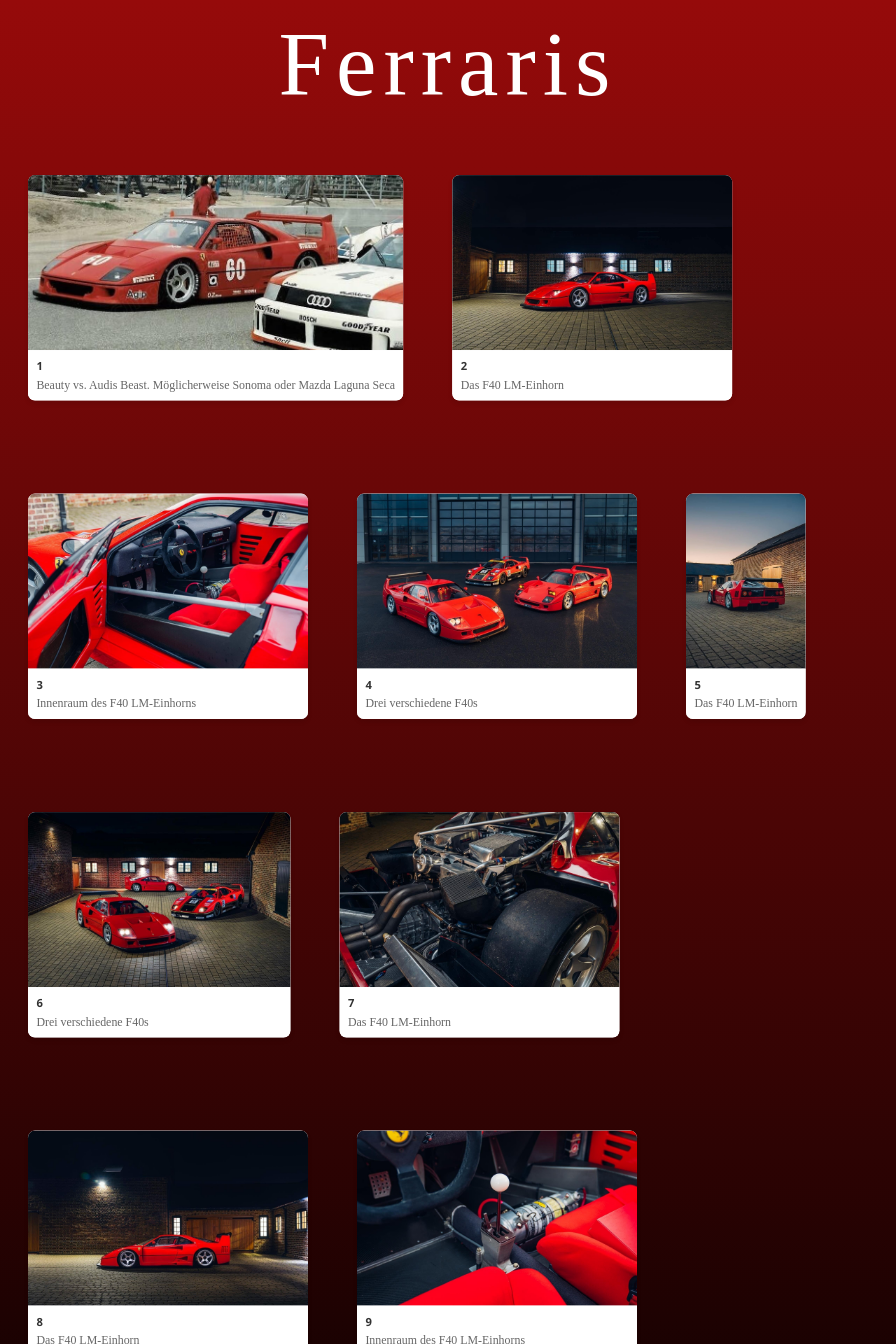
Repository: Johannes-Harald/martini-racing-fanclub
Page: /
These files come from the project's save history. The page is drawn as it stood at one moment and after the next save; the edit follows.
The browser window is 1280 px wide. The pictures show the part of the page from y = 1833 to 3753 px (the page is 9148 px tall before and 7838 px after), at 70% of full size.
Some web fonts or font styles are not loaded; a fallback is used. The project was rebuilt for these pictures with package versions that can differ from the ones it lists, and the page was loaded fresh each time. Also part of the build but not shown: vite.config.js, src/components/Lightbox/Lightbox.css, src/components/Lightbox/Lightbox.jsx, src/components/TitleCards/TitleCards.jsx, src/pages/Videos/Videos.css, src/pages/Videos/Videos.jsx.

Above is the page before, as saved 2024-10-13 10:39:16.

### index.html
<!doctype html>
<html lang="en">
  <head>
    <meta charset="UTF-8" />
    <link rel="icon" type="image/svg+xml" href="/src/assets/logo-martinid.png" style="filter: brightness(3.5); height: 2px; width: 1px;"/>
    <meta name="viewport" content="width=device-width, initial-scale=1.0" />
    <title>Martini Racing Fanclub</title>
  </head>
  <body>
    <div id="root"></div>
    <script type="module" src="/src/main.jsx"></script>
  </body>
</html>
<!--
<!doctype html>
<html lang="en">
  <head>
    <meta charset="UTF-8" />
    <link rel="icon" type="image/svg+xml" href="/src/assets/logo-martinid.png" style="filter: brightness(3.5); height: 2px; width: 1px;"/>
    <meta name="viewport" content="width=device-width, initial-scale=1.0" />
    <title>Martini Racing Fanclub</title>
  </head>
  <body>
    <div id="root"></div>
    <script type="module" src="/src/main.jsx"></script>
  </body>
</html>
-->

### src/App.jsx
import React from 'react';
import { BrowserRouter as Router, Route, Routes } from 'react-router-dom';
import Home from './pages/Home/Home';
import Videos from './pages/Videos/Videos';

function App() {
  //const navigate = useNavigate();
  //const location = useLocation();



  {/*const scrollToTitleCards = () => {
    // Assuming you have a reference to your TitleCards section
    const titleCardsSection = document.getElementById('rallyeautos'); // Adjust this ID as needed
    if (titleCardsSection) {
      titleCardsSection.scrollIntoView({ behavior: 'smooth' });
    }
  };

  const scrollToTitleCards = () => {
    if (location.pathname === '/') {
      rallyefahrzeugeRef.current.scrollIntoView({ behavior: 'smooth' });
    } else {
      // If you're on another page, navigate to the home page first
      navigate('/');
      // After navigating, wait for the page to load and then scroll to rallyefahrzeugeRef
      setTimeout(() => {
        rallyefahrzeugeRef.current.scrollIntoView({ behavior: 'smooth' });
      }, 500); // Use a timeout to ensure the page is fully rendered before scrolling
    }
  };
  <Route path="/Home" element={<Navbar scrollToTop={scrollToTop} scrollToTitleCards={scrollToTitleCards}/>} />
  */}

  return (
    <Router>
      <div className="App">
        <Routes>
          <Route path="/" element={<Home />} />
          <Route path="/videos" element={<Videos />} />
        </Routes>
      </div>
    </Router>
  );
}

export default App;

### src/index.css
* {
  margin: 0;
  padding: 0;
  box-sizing: border-box;
}

body {
  background: black;
  font-family: 'Segoe UI', Tahoma, Geneva, Verdana, sans-serif;
}

### src/pages/Home/Home.css
.hero {
    position: relative;
}

.component {
    transition: opacity 0.5s ease, transform 0.5s ease;
    opacity: 0;
    transform: translateY(20px);
    pointer-events: none; /* Disable interaction when hidden */
  }

  .component.active {
    opacity: 1;
    transform: translateY(0);
    pointer-events: all; /* Enable interaction when visible */
  }

.img-cover {
    background-image: linear-gradient(180deg, rgba (0,0,0,0.7) 10%, transparent);
    z-index: 1;
    transition: background-color 0.3s, color 0.3s;
  }

.banner-width {
    width: 100%;
    mask-image: linear-gradient(to right, transparent, black 75%);
    -weblit-mask-image: linear-gradient(to right, transparent, black 75%);
}

.banner-img {
    width: 100%;
    display: flex;
    filter: brightness(1.2);
}

.hero-caption {
    position: absolute;
    width: 100%;
    padding-left: 6%;
    bottom: 0;
}

.caption-img {
    width: 100%;
    height: 370px;
    max-width: 510px;
    margin-bottom: 60px;
    filter: brightness(1.3);
}

.hero-caption p{
    max-width: 700px;
    font-size: 17px;
    margin-bottom: 20px;
}

.hero-btns {
    display: flex;
    gap: 10px;
    margin-bottom: 50px;
}

.hero-btns .btn img{
    width: 25px;
}

.hero-btns .btn {
    border: 0;
    outline: 0;
    padding: 8px 20px;
    display: inline-flex;
    align-items: center;
    gap: 10px;
    font-size: 15px;
    font-weight: 600;
    background: white;
    border-radius: 4px;
    cursor: pointer;
}

.hero-btns .btn.dark-btn{
    color: #fff;
    background: #6d6d6eb3;
}

.hero-btns .btn:hover{
    background: #ffffffbf;
}

.hero-btns .btn.dark-btn:hover{
    background: #6d6d6e66 ;
}


@media (max-width: 1024px) {
  .hero-caption .title-cards {
      display: none;
  }
  .hero-btns {
      margin-bottom: 30px;
  }
  .hero-caption p {
      font-size: 15px;
      max-width: 600px;
  }
}

/* Large mobile screens */
@media (max-width: 800px) {
  .hero-caption {
      padding-left: 4%;
  }
  .caption-img {
      margin-bottom: 10px;
      width: 40%;
  }
  .hero-caption p {
      font-size: 12px;
      margin-bottom: 10px;
  }
  .hero-btns .btn img {
      width: 20px;
  }
  .hero-btns .btn {
      padding: 6px 15px;
      font-size: 13px;
  }
}

/* Small mobile screens */
@media (max-width: 500px) {
  .banner-img {
    padding-top: 191px;
    width: 150%;
    filter: brightness(1.2);
    max-width: 100%;
    overflow: hidden;
    /*     text-align: left; */
  }

  .home .img-cover {
    background-size: cover; /* Ensure the image covers the entire area */
    background-position: center;
  }
  .caption-img {
    margin-bottom: 360px;
    height: 110px;
    width: 170px;
  }
  .hero-caption p {
      font-size: 11px;
  }
  .hero-btns img {
      width: 15px;
  }
  .hero-btns .btn {
      padding: 4px 10px;
      gap: 5px;
      font-size: 10px;
  }
  .component {
      margin-top: 15px;
  }
  .banner-img {
      height: auto;
  }
}

### src/components/Navbar/Navbar.jsx
import React, { useEffect, useRef, useState } from 'react';
import { Link, useNavigate, useLocation } from 'react-router-dom';
import './Navbar.css';
import logo from '../../assets/logo.png';
import search_icon from '../../assets/search_icon.svg';
import profile_icon from '../../assets/profile_img.webp';
import caret_icon from '../../assets/caret_icon.svg';
import lightModeSearch from '../../assets/search_icon_dark.png';

const Navbar = ({ scrollToRallyefahrzeuge, rallyefahrzeugeRef, scrollTo }) => {
  const navigate = useNavigate();
  const location = useLocation();
  const navRef = useRef(null);
  const [navigateToRallye, setNavigateToRallye] = useState(false);
  const [darkMode, setDarkMode] = useState(() => {
    return localStorage.getItem('darkMode') === 'true';
  });

/*  const handleScrollToRallyefahrzeuge = () => {
    if (location.pathname !== "/") {
      setNavigateToRallye(true); // Set flag to indicate we want to scroll after navigation
      navigate("/"); // Navigate to home
    }
  };

/*  useEffect(() => {
    if (navigateToRallye && location.pathname === "/") {
      setTimeout(() => {
        if (rallyefahrzeugeRef.current) {
          console.log("Ref found, scrolling...");
          rallyefahrzeugeRef.current.scrollIntoView({ behavior: 'smooth' });
        } else {
          console.log("Ref not found");
        }
      }, 100); // Add delay to allow for navigation to complete
      setNavigateToRallye(false); // Reset flag
    }
  }, [navigateToRallye, location.pathname, rallyefahrzeugeRef]);*/

  const toggleDarkMode = () => {
    setDarkMode(prev => {
      const newDarkMode = !prev;
      document.body.classList.toggle('dark-mode', newDarkMode);
      localStorage.setItem('darkMode', newDarkMode);
      return newDarkMode;
    });
  };

  return (
    <div ref={navRef} className={`navbar ${darkMode ? 'dark-mode' : 'light-mode'}`}>
      <div className="navbar-left">
        <img src={logo} alt="Logo" className='logo-img' />
        <ul>
          <li onClick={scrollTo}><Link to="/" className="link-style">Startseite</Link></li>
          <li><Link to="/videos" className="link-style">Videos</Link></li>
          <li onClick={scrollToRallyefahrzeuge}><Link to="/" className="link-style">Fahrzeuge</Link></li>
        </ul>
      </div>

      <div className="navbar-right">
        <p>Nutzer</p>

        {/* Dark Mode Toggle Button */}
        <button onClick={toggleDarkMode} className='dark-mode-btn'>
          {darkMode ? 'Hell' : 'Dunkel'}
        </button>

        <div className='navbar-profile'>
          <img src={profile_icon} alt="Profile" className='profile' />
          <img src={caret_icon} alt="Caret" />
          <div className='dropdown'>
            <p>Abmelden</p>
          </div>
        </div>
      </div>
    </div>
  );
};

export default Navbar;

### src/components/TitleCards/Rallyefahrzeuge.jsx
import React, { useState } from 'react';
import './Rallyefahrzeuge.css';
import img3 from '../../assets/cards/img3.jpg';
import img4 from '../../assets/cards/img4.jpg';
import img5 from '../../assets/cards/img5.webp';
import img6 from '../../assets/cards/img6.jpg';
import Lightbox from '../Lightbox/Lightbox';

const Rallyefahrzeuge = React.forwardRef((props, ref) => {
  const [lightboxOpen, setLightboxOpen] = useState(false); // State to control lightbox visibility
  const [selectedImageIndex, setSelectedImageIndex] = useState(0); // Track the selected image

  const cardData = [
    { image: img3, title: '1', description: 'Kimera 037' },
    { image: img4, title: '2', description: 'Kimera 037' },
    { image: img5, title: '3', description: 'Kimera 037' },
    { image: img6, title: '4', description: 'Innenraum des Kimera 037' }
  ];

  const handleImageClick = (index) => {
    setSelectedImageIndex(index); // Set the index of the clicked image
    setLightboxOpen(true); // Open the lightbox LOOK HERE INCASE! >>>> ref={rallyefahrzeugeRef}
  };

  return (
    <div className="rallyefahrzeuge">
      <div className="rallyeautos">
        <h2>Rallyefahrzeuge</h2>
      </div>
      <div className="rallye-card-list">
        {cardData.map((card, index) => (
          <div key={index} className="rallye-title-cards" onClick={() => handleImageClick(index)}>
            <img src={card.image} alt={card.title} className="rallye-title-cards-img" />
            <div className="rallye-title-cards-info">
              <h3>{card.title}</h3>
              <p>{card.description}</p>
            </div>
          </div>
        ))}
      </div>

      {/* Conditionally render the Lightbox when open */}
      {lightboxOpen && (
        <Lightbox
          images={cardData.map((card) => ({ src: card.image, alt: card.title }))} // Pass the images to the Lightbox
          initialIndex={selectedImageIndex} // Start with the clicked image
          onClose={() => setLightboxOpen(false)} // Close the lightbox
        />
      )}
    </div>
  );
});

export default Rallyefahrzeuge;

### src/components/TitleCards/PrototypRennwagen.jsx
import React, { useState } from 'react';
import './Rallyefahrzeuge.css';
import img1 from '../../assets/cards/img1.png';
import img7 from '../../assets/cards/img7.jpg';
import img8 from '../../assets/cards/img8.jpg';
import img9 from '../../assets/cards/img9.jpg';
import lcmonza from '../../assets/cards/lcmonza.jpg';
import lcparmalat from '../../assets/cards/lcparmalat.jpg';
import Lightbox from '../Lightbox/Lightbox'; // Import the Lightbox component

const PrototypRennwagen = React.forwardRef((props, ref) => {
  const [lightboxOpen, setLightboxOpen] = useState(false); // State to control lightbox visibility
  const [selectedImageIndex, setSelectedImageIndex] = useState(0); // Track the selected image

  const cardData = [
    { image: img1, title: '1', description: 'LC1 auf der Nordschleife' },
    { image: img7, title: '2', description: 'LC1 auf der Nordschleife' },
    { image: img8, title: '3', description: 'LC1 bei Le Mans' },
    { image: img9, title: '4', description: 'LC1' },
    { image: lcmonza, title: '5', description: 'LC1 bei Le Mans' },
    { image: lcparmalat, title: '6', description: 'LC1' }
  ];

  const handleImageClick = (index) => {
    setSelectedImageIndex(index); // Set the index of the clicked image
    setLightboxOpen(true); // Open the lightbox
  };

  return (
    <div className="rallyefahrzeuge" ref={ref}>
      <div className="rallyeautos">
        <h2>Prototyp-Rennwagen</h2>
      </div>
        <div className="rallye-card-list" >
      {cardData.map((card, index) => (
        <div key={index} className="rallye-title-cards" onClick={() => handleImageClick(index)}>
          <img src={card.image} alt={card.title} className="rallye-title-cards-img" />
          <div className="rallye-title-cards-info">
            <h3>{card.title}</h3>
            <p>{card.description}</p>
          </div>
        </div>
      ))}
    </div>

      {/* Conditionally render the Lightbox when open */}
          {lightboxOpen && (
        <Lightbox
          images={cardData.map((card) => ({ src: card.image, alt: card.title }))} // Pass the images to the Lightbox
          initialIndex={selectedImageIndex} // Start with the clicked image
          onClose={() => setLightboxOpen(false)} // Close the lightbox
        />
      )}
    </div>
  );
});

export default PrototypRennwagen;

### src/components/TitleCards/Tourenwagen.jsx
import React, { useState } from 'react';
import './Rallyefahrzeuge.css';
 import img2 from '../../assets/cards/img2.jpg';
import img10 from '../../assets/cards/img10.jpg';
import img11 from '../../assets/cards/img11.jpg';
import img12 from '../../assets/cards/img12.jpg';
import img37 from '../../assets/cards/img37.jpg';
import img38 from '../../assets/cards/img38.jpeg';
import Lightbox from '../Lightbox/Lightbox';

const Tourenwagen = React.forwardRef((props, ref) => {
  const [lightboxOpen, setLightboxOpen] = useState(false); // State to control lightbox visibility
  const [selectedImageIndex, setSelectedImageIndex] = useState(0); // Track the selected image

  const cardData = [
    { image: img2, title: '1', description: 'Porsche 935' },
    { image: img10, title: '2', description: 'Beta Montecarlo Turbo' },
    { image: img11, title: '3', description: 'Beta Montecarlo Turbo' },
    { image: img12, title: '4', description: 'Beta Montecarlo Turbo' },
    { image: img37, title: '5', description: 'Beta Montecarlo Turbo' },
    { image: img38, title: '6', description: 'Beta Montecarlo Turbo' }
  ];

  const handleImageClick = (index) => {
    setSelectedImageIndex(index); // Set the index of the clicked image
    setLightboxOpen(true); // Open the lightbox
  };

  return (
    <div className="rallyefahrzeuge" ref={ref}>
      <div className="rallyeautos">
        <h2>Tourenwagen</h2>
      </div>
    <div className="rallye-card-list">
      {cardData.map((card, index) => (
        <div key={index} className="rallye-title-cards" onClick={() => handleImageClick(index)}>
          <img src={card.image} alt={card.title} className="rallye-title-cards-img" />
          <div className="rallye-title-cards-info">
            <h3>{card.title}</h3>
            <p>{card.description}</p>
          </div>
        </div>
      ))}
    </div>

      {/* Conditionally render the Lightbox when open */}
      {lightboxOpen && (
        <Lightbox
          images={cardData.map((card) => ({ src: card.image, alt: card.title }))} // Pass the images to the Lightbox
          initialIndex={selectedImageIndex} // Start with the clicked image
          onClose={() => setLightboxOpen(false)} // Close the lightbox
        />
      )}
    </div>
  );
});

export default Tourenwagen;

### src/components/Footer/Footer.jsx
import React from 'react'
import './Footer.css'
import youtube_icon from '../../assets/youtube_icon.png'
import twitter_icon from '../../assets/twitter_icon.png'
import instagram_icon from '../../assets/instagram_icon.png'
import facebook_icon from '../../assets/facebook_icon.png'

const Footer = () => {
  return (
    <div className='footer'>
      <div className='footer-icons'>
        <img src={youtube_icon} alt="" />
        <img src={twitter_icon} alt="" />
        <img src={instagram_icon} alt="" />
        <img src={facebook_icon} alt="" />
      </div>
      <ul>
        <li>Auto-Fanclub</li>
        <li>Hilfezentrum</li>
        <li>Foren</li>
        <li>Medienzentrum</li>
        <li>Investorenbeziehungen</li>
        <li>Jobs</li>
        <li>Nutzungsbediengungen</li>
        <li>Datenschutz</li>
        <li>Rechtliche Hinweise</li>
        <li>Cookie-Einstellungen</li>
        <li>Unternehmensinformationen</li>
        <li>Kontakt</li>
      </ul>
      <p className='copyright'>© 1968-2023 Martini-Racing.</p>
    </div>
  )
}

export default Footer

### src/components/TitleCards/Rallyefahrzeuge.css
@import url('https://fonts.googleapis.com/css2?family=Bona+Nova+SC:ital,wght@0,400;0,700;1,400&family=Open+Sans&display=swap');

* {
  margin: 0;
  padding: 0;
  box-sizing: border-box;
}

.rallye-card-list {
  display: flex;
  flex-flow: row wrap;
  align-items: flex-start;
  /*flex-wrap: wrap;
  justify-content: space-between;*/
  gap: 70px;
  padding: 20px;
}

.rallyefahrzeuge {
  padding: 20px;
  background: linear-gradient(to bottom, rgb(30, 28, 140) 0%, rgba(0, 0, 0, 0) 50%),
              linear-gradient(to bottom, rgba(0, 0, 0, 0) 70%, rgb(30, 28, 140) 100%);
}

.rallyeautos h2{
  font-family: "Bona Nova SC", serif;
  font-weight: 400;
  font-style: normal;
  color: white;
  font-size: 130px;
  letter-spacing: 10px;
  text-align: center;
}

.rallye-title-cards {
  flex: 1 1 calc(25% - 40px); /* Makes cards 4 per row with space for margins */
  display: flex;
  flex-direction: column;
  background-color: #000000;
  border-radius: 10px;
  overflow: hidden;
  transition: transform 2s ease-in-out, box-shadow 2s ease-in-out;
  box-shadow: 0 4px 8px rgba(0, 0, 0, 0.1);
  margin-top: 63px;
  cursor: pointer;
}

.rallye-title-cards:hover {
  transform: translateY(-5px);
  box-shadow: 0 8px 16px rgba(0, 0, 0, 0.15);
}

.rallye-title-cards-img {
  width: 100%;
  height: 250px;
  object-fit: cover;
}

.rallye-title-cards-info {
  padding: 12px;
  background-color: #fff;
}

.rallye-title-cards-info h3 {
  font-size: 16px;
  font-weight: bold;
  color: #333;
  margin-bottom: 6px;
}

.rallye-title-cards-info p {
  font-family: "Bona Nova SC", serif;
  font-weight: 400;
  font-style: normal;
  font-size: 17px;
  color: #666;
}

@media (max-width: 767px) {
  .rallye-title-cards {
      flex: 1 1 calc(50% - 20px); /* 2 per row on smaller screens */
  }
}


 /* Mobile-friendly adjustments */
@media (max-width: 768px) {
  .rallyeautos h2{
    font-size: 32px;
  }
    .rallye-title-cards h2{
       font-size: 15px;
    }
    .rallye-title-cards-img {
      width: auto;

    }
    .card-list p{
       font-size: 10px;
    }
}

 @media (max-width: 500px) {
  .rallyeautos h2{
    font-size: 32px;
  }
    .rallye-title-cards h2{
       font-size: 15px;
    }
    .rallye-title-cards-img {
      width: auto;

    }
    .card-list p{
       font-size: 10px;
    }
 }

### src/components/TitleCards/Ferrari.css
@import url('https://fonts.googleapis.com/css2?family=Bona+Nova+SC:ital,wght@0,400;0,700;1,400&family=Open+Sans&display=swap');

* {
    margin: 0;
    padding: 0;
    box-sizing: border-box;
  }

  .ferraris h2 {
    font-family: "Bona Nova SC", serif;
    font-weight: 400;
    font-style: normal;
    color: white;
    font-size: 130px;
    letter-spacing: 10px;
    text-align: center;
  }

  .card-list-ferrari {
    display: flex;
    flex-flow: row wrap;
    align-items: flex-start;
    /*flex-wrap: wrap;
    justify-content: space-between;*/
    gap: 70px;
    padding: 20px;
  }

  .ferraris {
    padding: 20px;
    background: linear-gradient(to bottom, rgb(150, 10, 10) 0%, rgba(255, 0, 0, 0) 50%), /* Top effect */
                linear-gradient(to bottom, rgba(255, 255, 255, 0) 70%, rgb(150, 10, 10) 100%); /* Bottom effect */
  }

  .title-cards-ferrari {
    /*flex: 1 1 calc(25% - 40px);  Makes cards 4 per row with space for margins */
    display: flex;
    flex-direction: column;
    background-color: #f9f9f9;
    border-radius: 10px;
    transition: transform 0.3s ease-in-out, box-shadow 0.3s ease-in-out;
    box-shadow: 0 4px 8px rgba(0, 0, 0, 0.1);
    /*     max-width: 301px;/* Optional: Set a max width to limit card size*/
    margin-top: 63px;
    cursor: pointer;
    overflow: hidden;
  }

  .title-cards-ferrari:hover {
    transform: translateY(-5px);
    box-shadow: 0 8px 16px rgba(0, 0, 0, 0.15);
    transition: 1s linear ease-in-out;
  }

  .title-cards-img-ferrari {
    width: 100%;
    height: 250px;
    object-fit: cover;
  }

  .title-cards-info-ferrari {
    padding: 12px;
    background-color: #fff;
  }

  .title-cards-info-ferrari h3 {
    font-size: 16px;
    font-weight: bold;
    color: #333;
    margin-bottom: 6px;
  }

  .title-cards-info-ferrari p {
    font-family: "Bona Nova SC", serif;
    font-weight: 400;
    font-style: normal;
    font-size: 17px;
    color: #666;
  }

 /* Mobile-friendly adjustments */
 @media (max-width: 768px) {
  .ferraris h2 {
    font-family: "Bona Nova SC", serif;
    font-weight: 400;
    font-style: normal;
    color: white;
    font-size: 52px;
  }

  .card-list-ferrari {
    width: auto;
  }

  .title-cards-info-ferrari {
    height: 90px;
  }

  .title-cards-info-ferrari h3 {
    font-size: 15px;
  }

  .title-cards-info-ferrari p {
    font-size: 15px;
  }

  .title-cards-img-ferrari {
    height: 250px;
    width: 510px;

  }
}

  /* Mobile-friendly adjustments */
  @media (max-width: 500px) {
    .ferraris h2 {
      font-family: "Bona Nova SC", serif;
      font-weight: 400;
      font-style: normal;
      color: white;
      font-size: 52px;
    }

    .title-cards-info-ferrari {
      height: 90px;
    }

    .title-cards-info-ferrari h3 {
      font-size: 15px;
    }

    .title-cards-info-ferrari p {
      font-size: 15px;
    }

    .title-cards-img-ferrari {
      height: 250px;
    }
    .title-cards-img-ferrari {
      width: auto;
    }
  }

### src/components/Footer/Footer.css
.footer {
    padding: 30px 4px;
    max-width: 1000px;
    margin: 0 auto;
}

.footer-icons {
    display: flex;
    gap: 20px;
    margin: 40px 0;
}

.footer-icons img{
    width: 30px;
    cursor: pointer;
}

.footer ul{
    display: grid;
    grid-template-columns: auto auto auto auto;
    gap: 15px;
    margin-bottom: 30px;
    list-style: none;
}

.footer ul li{
    color: white;
}

.copyright {
    color: gray;
    font-size: 16px;
}

@media (max-width:800px) {
    .footer {
        padding: 7%;
        margin: 0 auto;
    }

  .footer-icon img{
      width: 25px;
  }
  .footer ul {
    grid-template-columns: auto auto;
    gap: 8px;
    font-size: 14px;
  }
}

Loaded but not shown: src/main.jsx (common file); src/components/Navbar/Navbar.css (332 lines, source omitted); src/components/TitleCards/Ferrari.jsx (88 lines, source omitted); src/pages/Home/Home.jsx (114 lines, source omitted); src/components/TitleCards/TitleCards.css (158 lines, source omitted)

After the next save:
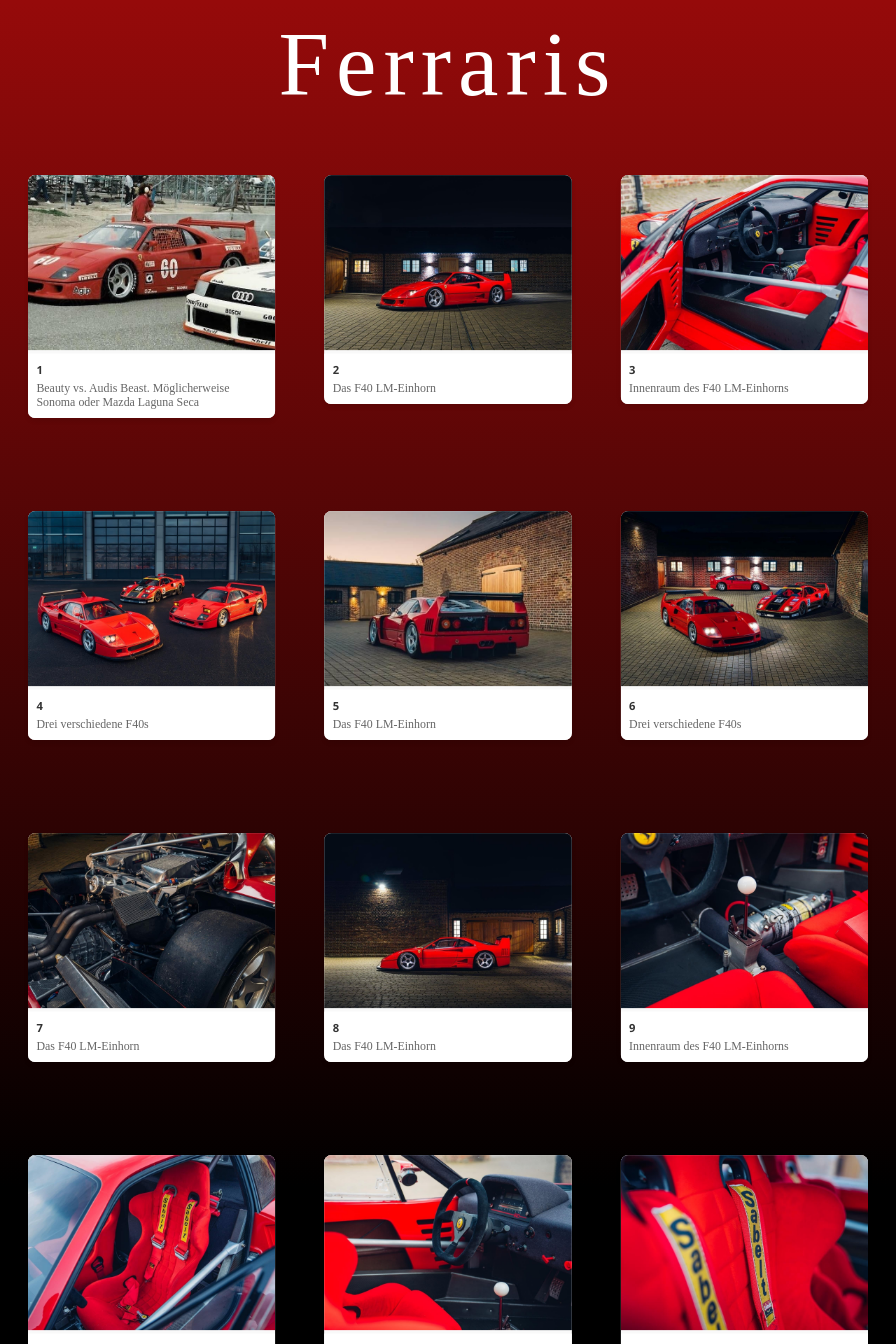
Saved 3 min 8 s later.
--- a/src/components/TitleCards/Ferrari.css
+++ b/src/components/TitleCards/Ferrari.css
@@ -33,7 +33,7 @@
   }
 
   .title-cards-ferrari {
-    /*flex: 1 1 calc(25% - 40px);  Makes cards 4 per row with space for margins */
+    flex: 1 1 calc(25% - 40px);  Makes cards 4 per row with space for margins
     display: flex;
     flex-direction: column;
     background-color: #f9f9f9;
